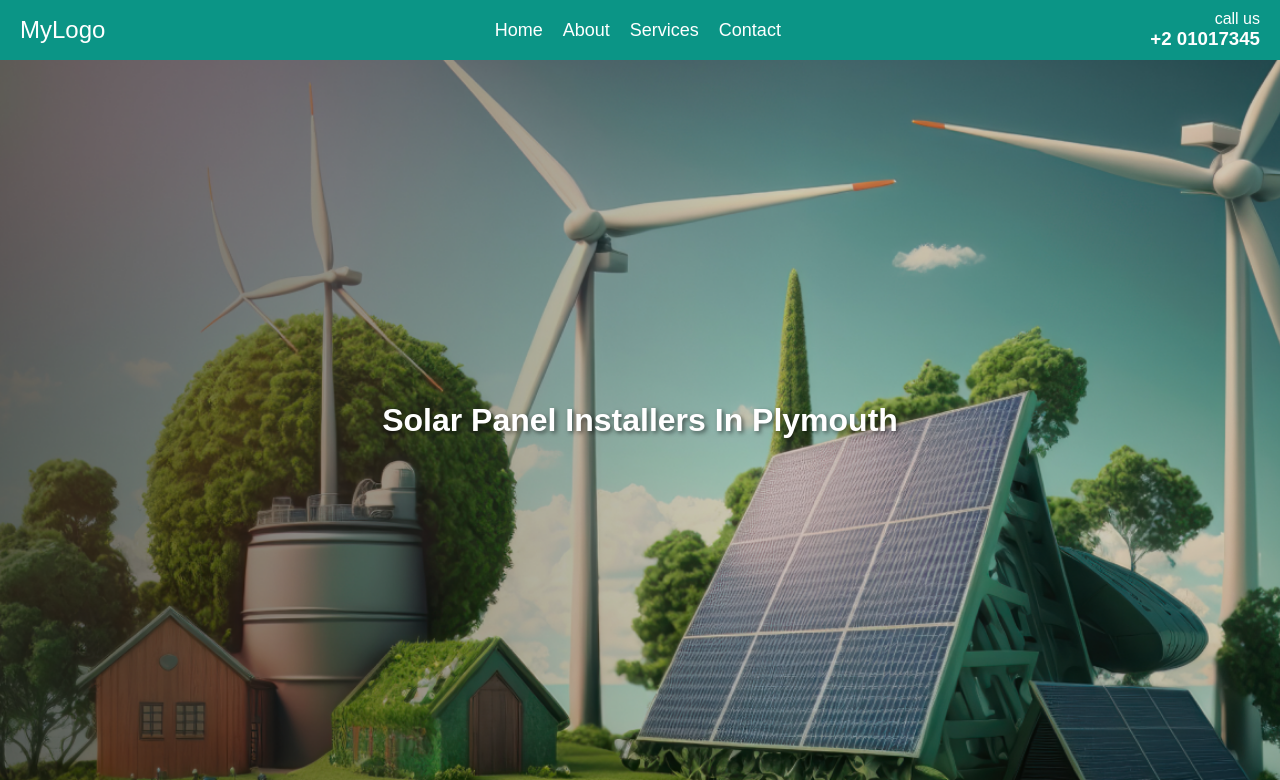
Repository: MaramNabil872/Landing-Page
Page: landingPage.html
An editor plug-in stored every save of this project. The page is shown before and after the next save, followed by the edit.
The browser window is 1280 px wide. The pictures show the whole page.

Above is the page before, as saved 2024-10-20 20:19:42.

### landingPage.html
<!DOCTYPE html>
<html lang="en">
<head>
  <meta charset="UTF-8">
  <meta name="viewport" content="width=device-width, initial-scale=1.0">
  <title>Landing Page</title>
  <link rel="stylesheet" href="landingPage.css">
</head>
<body>
    <nav class="navbar">
        <div class="logo">MyLogo</div>

        <ul class="nav-links">
          <li><a href="#home">Home</a></li>
          <li><a href="#about">About</a></li>
          <li><a href="#services">Services</a></li>
          <li><a href="#contact">Contact</a></li>
        </ul>
        <div class="call">
            <p>call us</p>
            <h3>+2 01017345</h3>
        </div>
      </nav>


      <div class="image-container">
        <img src="images/solar-panels-meadow 1.png" alt="Background Image" class="background-image">
        <div>
            <h2 class="text-overlay">Solar Panel Installers In Plymouth</h2></div>
      </div>



    </body>
    </html>

### landingPage.css
* {
    margin: 0;
    padding: 0;
    box-sizing: border-box; /* Added for consistent sizing */
}

body {
    font-family: Arial, sans-serif;
}

.navbar {
    background-color: #0b9586;
    display: flex;
    justify-content: space-between;
    align-items: center;
    padding: 10px 20px;
    position: relative;
    flex-wrap: wrap; /* Allow items to wrap on smaller screens */
}

.logo {
    color: #fff;
    font-size: 24px;
}

.nav-links {
    list-style: none;
    display: flex;
    flex-wrap: wrap; /* Allow links to wrap on smaller screens */
}

.nav-links li {
    margin-left: 20px;
}

.nav-links a {
    text-decoration: none;
    color: white;
    font-size: 18px;
    transition: color 0.3s;
}

.nav-links a:hover {
    color: #f0a500;
}

.call {
    color: #fff;
    text-align: right; /* Align text to the right */
}

.image-container {
    position: relative;
    width: 100%;
    height: 100vh; /* Full screen height */
    overflow: hidden; /* Hide overflow */
}

.background-image {
    width: 100%;
    height: 100%;
    object-fit: cover; /* Ensure the image covers the entire container */
}

.text-overlay {
    position: absolute;
    top: 50%;
    left: 50%;
    transform: translate(-50%, -50%);
    color: white;
    font-size: 2rem;
    font-weight: bold;
    text-shadow: 2px 2px 4px rgba(0, 0, 0, 0.5);
}

/* Media Queries for Responsiveness */
@media (max-width: 768px) {
    .navbar {
        flex-direction: column; /* Stack items vertically */
        align-items: flex-start; /* Align items to the left */
    }

    .nav-links {
        margin-top: 10px; /* Space between navbar and links */
    }

    .nav-links li {
        margin-left: 0;
        margin-bottom: 10px; /* Space between links */
    }

    .text-overlay {
        font-size: 1.5rem; /* Smaller text size for mobile */
    }
}

@media (max-width: 480px) {
    .text-overlay {
        font-size: 1.2rem; /* Even smaller text size for very small screens */
    }

    .call h3 {
        font-size: 1.2rem; /* Adjust call size for small screens */
    }
}

After the next save:
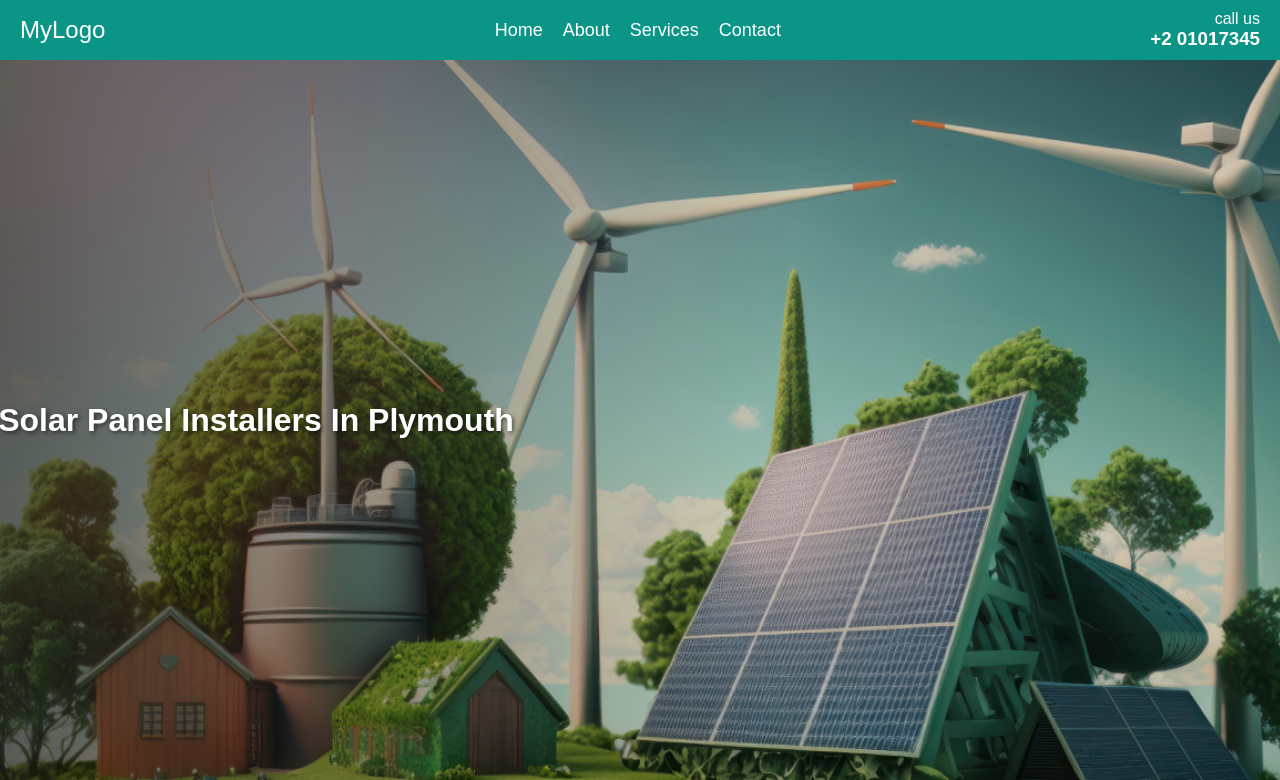
Saved 59 s later.
--- a/landingPage.css
+++ b/landingPage.css
@@ -65,7 +65,7 @@ body {
 .text-overlay {
     position: absolute;
     top: 50%;
-    left: 50%;
+    left: 20%;
     transform: translate(-50%, -50%);
     color: white;
     font-size: 2rem;
